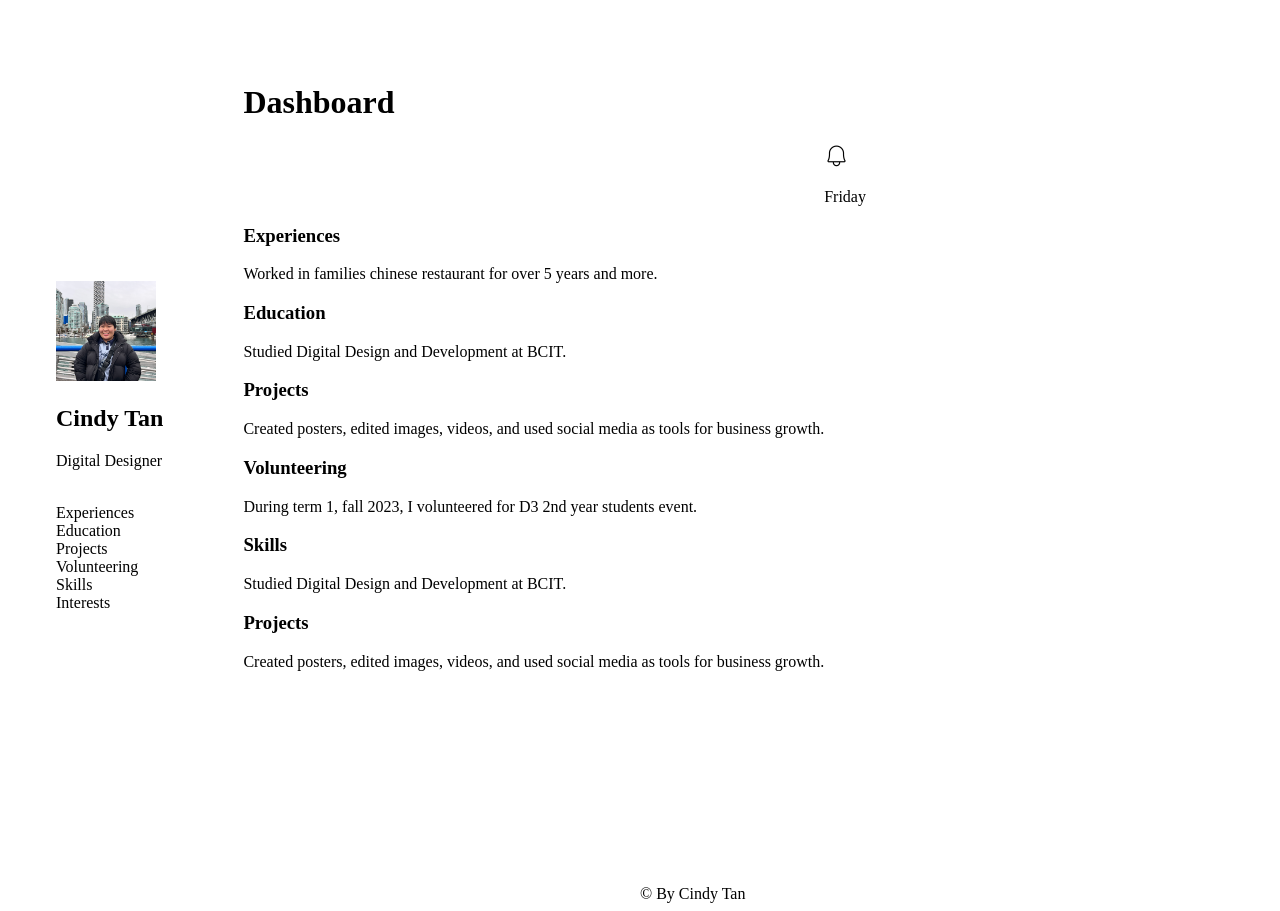
Repository: Cindy-tan/Assessment-_1
Page: /
The author's editor kept a copy of each file at every save. The page is drawn from the files as they stood at one save, then again after the next save.
The browser window is 1280 px wide. The pictures show the whole page.
The project was rebuilt for these pictures with package versions that can differ from the ones it lists, and the page was loaded fresh each time. The framework's server and built-in components were replaced by stand-ins that run in the browser. Also part of the build but not shown: next.config.js, components/Card/Card.module.css, components/SideNavigation/SideNavigation.module.css.

Above is the page before, as saved 2024-01-19 00:09:58.

### pages/index.js
import Head from 'next/head'
import styles from '@/styles/Home.module.css'
import Header from '@/components/Header'
import Card from '@/components/Card'
import Footer from '@/components/Footer'
import MenuItem from '@/components/MenuItem'
import SideNavigation from '@/components/SideNavigation'



export default function Home() {

  return (
    <>
      <Head>
        <title>Assessment 1</title>
        <meta name="description" content="Generated by create next app" />
        <meta name="viewport" content="width=device-width, initial-scale=1" />
        <link rel="icon" href="/favicon.ico" />
      </Head>

      <main className={`${styles.main}`}>

        <div>
        <SideNavigation/>
        </div>

        <div className={`${styles.header}`}>
        <Header/>


        <div className={`${styles.cardLeft}`}>
          <Card title='Experiences' description='Worked in families chinese restaurant for over 5 years and more.'/>
          <Card title='Education' description='Studied Digital Design and Development at BCIT.'/>
          <Card title='Projects' description='Created posters, edited images, videos, and used social media as tools for business growth.'/>
        </div>
        <div className={`${styles.cardRight}`}>
          <Card title='Volunteering' description='During term 1, fall 2023, I volunteered for D3 2nd year students event.'/>
          <Card title='Skills' description='Studied Digital Design and Development at BCIT.'/>
          <Card title='Projects' description='Created posters, edited images, videos, and used social media as tools for business growth.'/>
        </div>
        </div>








      </main>
      <Footer/>
    </>
  )
}

### styles/globals.css
:root {
  --black: #000;
  --white: #fff;
  --blue: rgba(12, 72, 156, 1.0);

  --large-font: 20px;
  --medium-font: 17px;
  --small-font: 14px;

  --violet-red: rgb(219, 112, 147);
  --amaranth: rgb(159, 43, 104);
  --cerise: rgb(222, 49, 99);
  --steel-blue: rgb(40, 189, 218);
  --teal: rgb(20, 151, 176);
  --yellow: rgb(12, 97, 119);
}

### styles/Home.module.css
.main {
  display: flex;
  flex-direction: row;
  align-items: center;
  padding: 3rem;
  min-height: 20vh;
}

.header{
  align-items: center;
  border-radius: 50px;
  padding: 7px 80px 150px;
}

### components/Header/index.js
import styles from "./Header.module.css"
import Image from "next/image"

export default function Header() {
    return (
        <>
            <header>
                <h1>Dashboard</h1>
                <div className={`${styles.icon}`}>
                <Image src="/images/bell.png" alt="bell" width={25} height={25}/>
                <p>Friday</p>
                </div>
            </header>
        </>
    )
}

### components/Card/index.js
import styles from "./Card.module.css"

export default function Card({
    title="default",
    description="default",
    bgColor,
    borderColor
})
{
    return (
        <>
            <div className={styles.card} style={{backgroundColor: bgColor, border:borderColor}}>
                <h3>{title}</h3>
                <p>{description}</p>
            </div>
        </>
    )
}

### components/Footer/index.js
import styles from "./Footer.module.css"

export default function Footer() {
    return(
        <>
            <footer className={styles.footer}>
               © By Cindy Tan
            </footer>
        </>
    )
}

### components/MenuItem/index.js
import styles from "./MenuItem.module.css"

export default function MenuItem({
    title = "",
    bgColor,
    textColor,
    tabLeft
})

{
    return (
        <>
            <div className={styles.menuItem} style={{backgroundColor: bgColor, color:textColor}}>
                {title}
            </div>
        </>
    )
}

### components/SideNavigation/index.js
import MenuItem from "../MenuItem"
import styles from "./SideNavigation.module.css"
import Image from "next/image"

export default function SideNavigation() {
    return (
        <>
            <div>
                <Image src="/images/profile.JPG" alt="profile" width={100} height={100}/>
                <h2>Cindy Tan</h2>
                <p>Digital Designer</p>
                <br/>
                <MenuItem title="Experiences"/>
                <MenuItem title="Education"/>
                <MenuItem title="Projects"/>
                <MenuItem title="Volunteering"/>
                <MenuItem title="Skills"/>
                <MenuItem title="Interests"/>

            </div>
        </>
    )
}

### components/Header/Header.module.css
.icon {
    margin-left: 100%;
}

### components/Footer/Footer.module.css
.footer {
    align-items: center;
    padding-left: 50%;
}

### components/MenuItem/MenuItem.module.css
.menuItem:hover {
    background-color: var(--blue);
    color: var(--white);
}

Loaded but not shown: pages/_app.js (common file); pages/_document.js (common file); components/Card/Card.module.css (no copy from this time; the picture is the same without it)

After the next save:
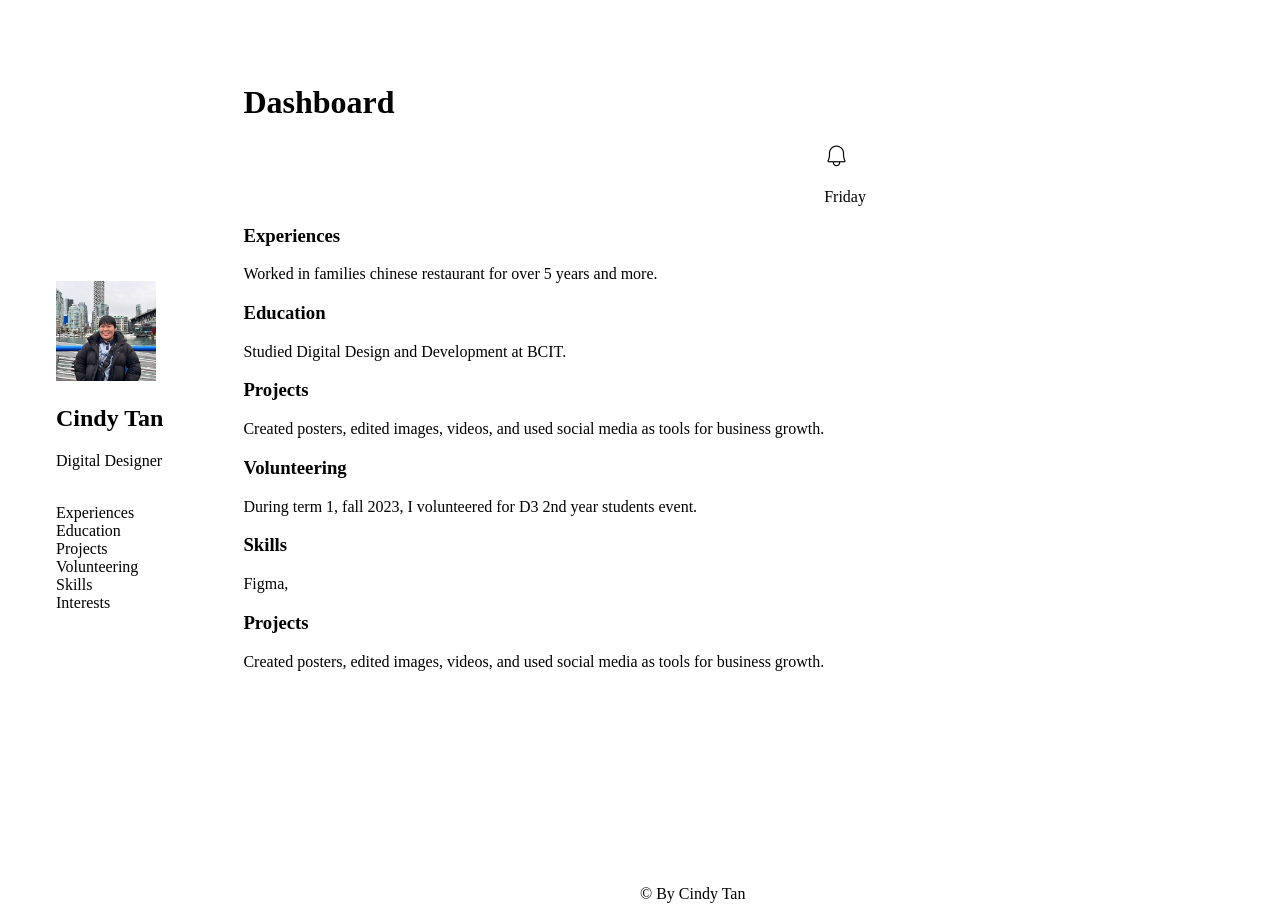
Saved 19 s later.
--- a/pages/index.js
+++ b/pages/index.js
@@ -36,7 +36,7 @@ export default function Home() {
         </div>
         <div className={`${styles.cardRight}`}>
           <Card title='Volunteering' description='During term 1, fall 2023, I volunteered for D3 2nd year students event.'/>
-          <Card title='Skills' description='Studied Digital Design and Development at BCIT.'/>
+          <Card title='Skills' description='Figma, '/>
           <Card title='Projects' description='Created posters, edited images, videos, and used social media as tools for business growth.'/>
         </div>
         </div>
